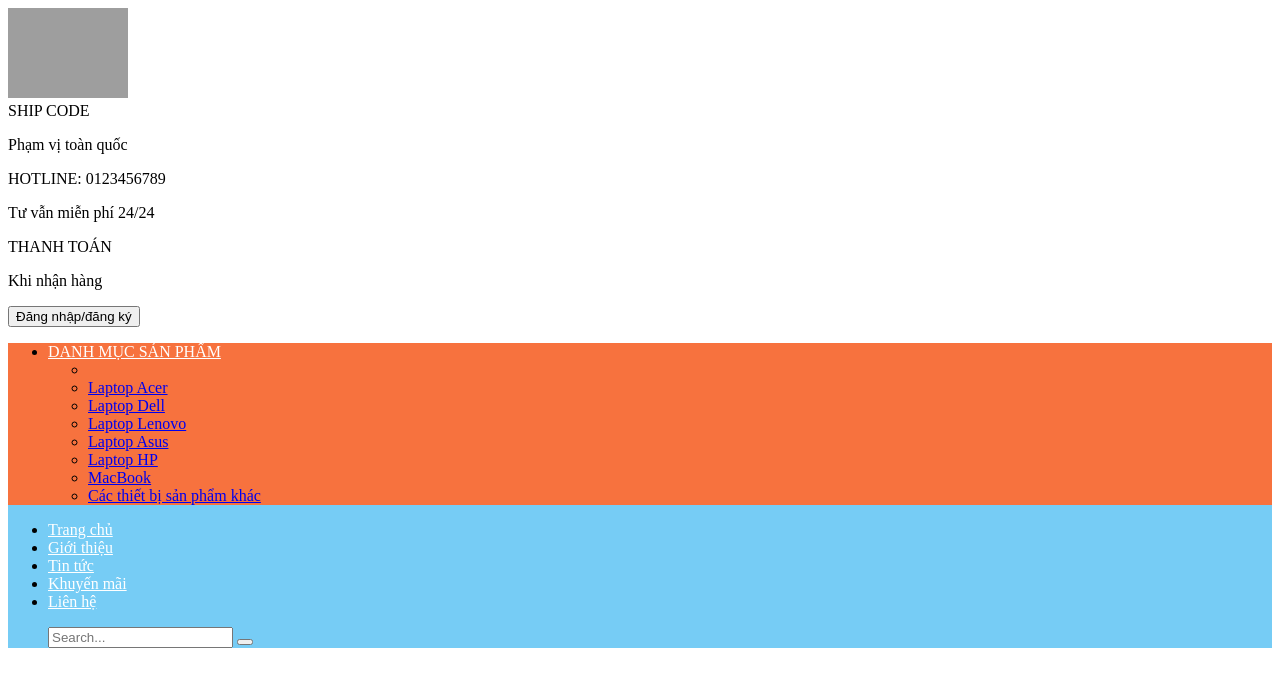
Repository: dhuNn103/DA
Page: http://localhost/CPT/all/homeHeader.jsp
These files come from the project's save history. The page is drawn as it stood at one moment and after the next save; the edit follows.
The browser window is 1280 px wide. The pictures show the whole page.
The pointer rests on the first visible `li a`.
Pictures or frames that could not be fetched are drawn as grey boxes. The page is served by Tomcat 9.

Above is the page before, as saved 2024-05-19 09:39:20.

After the next save:
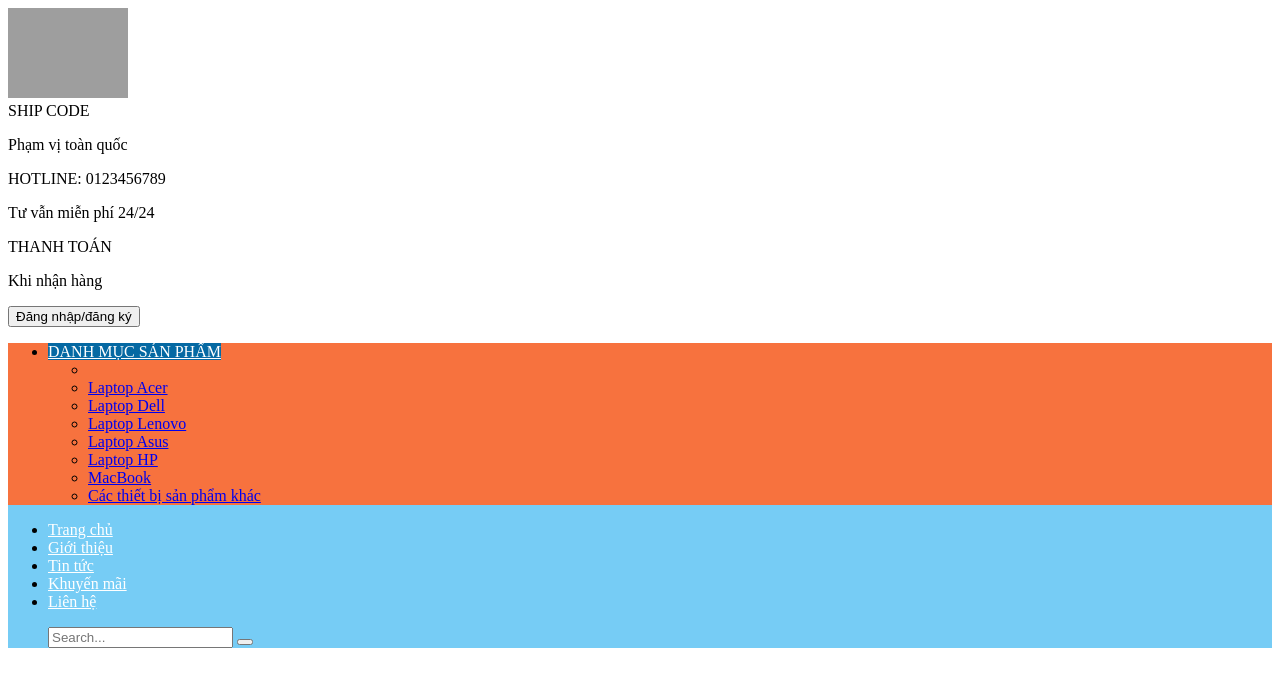
Saved 3 min 53 s later.
--- a/workspace/CPT/src/main/webapp/all/homeHeader.jsp
+++ b/workspace/CPT/src/main/webapp/all/homeHeader.jsp
@@ -21,6 +21,9 @@
 
 .sea:hover {
 	background-color: #f7723e;
+}
+li a:hover{
+	background-color: #0569a3;
 }
 </style>
 </head>

After the save that followed:
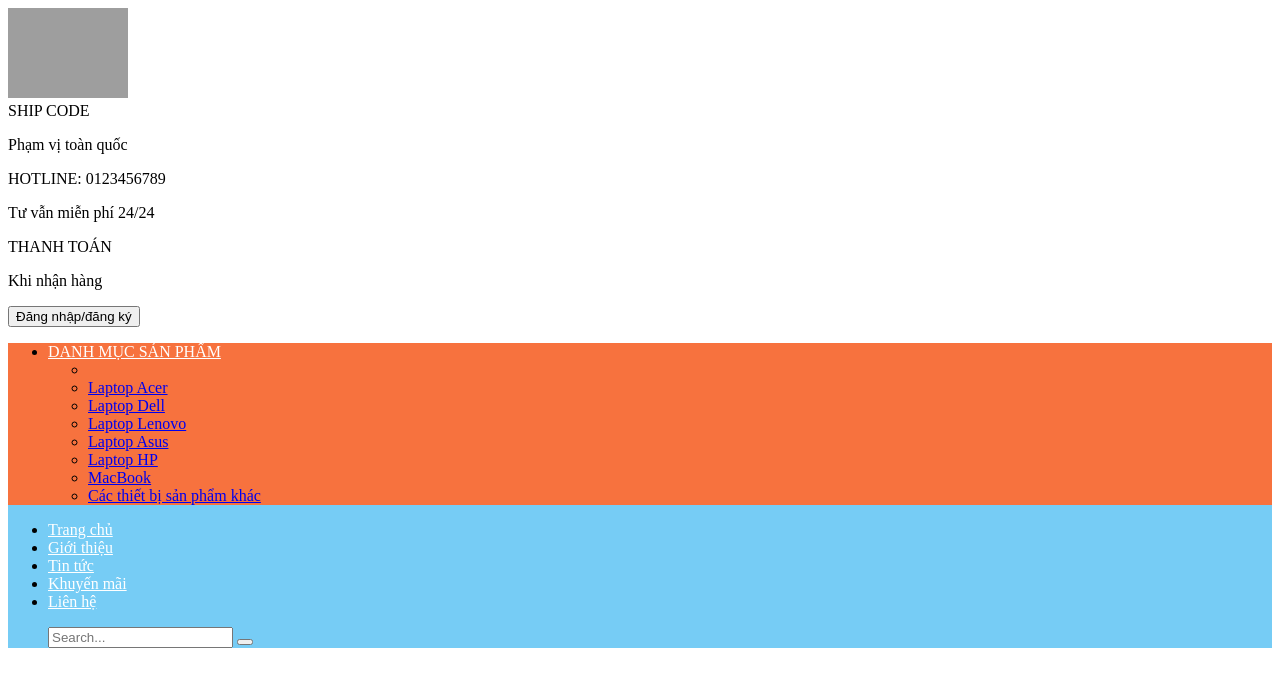
Saved 9 s later.
--- a/workspace/CPT/src/main/webapp/all/homeHeader.jsp
+++ b/workspace/CPT/src/main/webapp/all/homeHeader.jsp
@@ -22,7 +22,7 @@
 .sea:hover {
 	background-color: #f7723e;
 }
-li a:hover{
+.li .a:hover{
 	background-color: #0569a3;
 }
 </style>
